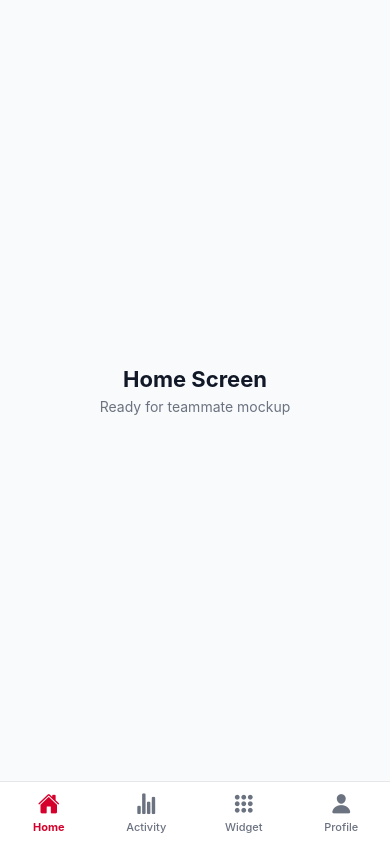
Repository: willisepic21/westpac-hackathon-2026
Screen: /
An editor plug-in stored every save of this project. The screen is shown before and after the next save, followed by the edit.
The app was drawn by React Native's web renderer in a window 390 px wide. The project was rebuilt for these pictures with package versions that can differ from the ones it lists, and the page was loaded fresh each time. Some packages were replaced by stand-ins written for this rebuild. Also part of the build but not shown: screens/WidgetScreen.js, screens/ProfileScreen.js. Imported but missing from the stored project, and not drawn on this page: screens/ActivityScreen.

Above is the screen before, as saved 2026-11-16 13:35:14.

### App.js
import React, { useState } from 'react';
import { SafeAreaView, View, Text, TouchableOpacity, StyleSheet } from 'react-native';
import { Ionicons } from '@expo/vector-icons';

import HomeScreen from './screens/HomeScreen';
import ActivityScreen from './screens/ActivityScreen';
import WidgetScreen from './screens/WidgetScreen';
import ProfileScreen from './screens/ProfileScreen';

export default function App() {
  const [activeTab, setActiveTab] = useState('Home');

  const renderScreen = () => {
    switch (activeTab) {
      case 'Home': return <HomeScreen />;
      case 'Activity': return <ActivityScreen />;
      case 'Widget': return <WidgetScreen />;
      case 'Profile': return <ProfileScreen />;
      default: return <HomeScreen />;
    }
  };

  return (
    <SafeAreaView style={styles.container}>
      <View style={styles.screenContainer}>
        {renderScreen()}
      </View>

      <View style={styles.tabBar}>
        {[
          { name: 'Home', icon: 'home' },
          { name: 'Activity', icon: 'stats-chart' },
          { name: 'Widget', icon: 'apps' },
          { name: 'Profile', icon: 'person' },
        ].map((tab) => (
          <TouchableOpacity key={tab.name} style={styles.tab} onPress={() => setActiveTab(tab.name)}>
            <Ionicons
              name={tab.icon}
              size={22}
              color={activeTab === tab.name ? '#D5002B' : '#6B7280'}
            />
            <Text style={[styles.tabText, activeTab === tab.name && styles.activeTabText]}>
              {tab.name}
            </Text>
          </TouchableOpacity>
        ))}
      </View>
    </SafeAreaView>
  );
}

const styles = StyleSheet.create({
  container: { flex: 1, backgroundColor: '#F9FAFB' },
  screenContainer: { flex: 1 },
  tabBar: {
    flexDirection: 'row',
    backgroundColor: '#FFFFFF',
    borderTopWidth: 1,
    borderTopColor: '#E5E7EB',
    paddingVertical: 10,
  },
  tab: { flex: 1, alignItems: 'center', gap: 4 },
  tabText: { fontSize: 11, color: '#6B7280', fontWeight: '500' },
  activeTabText: { color: '#D5002B', fontWeight: '700' },
});

### screens/HomeScreen.js
import React from 'react';
import { View, Text, StyleSheet } from 'react-native';

export default function HomeScreen() {
  return (
    <View style={styles.container}>
      <Text style={styles.title}>Home Screen</Text>
      <Text style={styles.subtitle}>Ready for teammate mockup</Text>
    </View>
  );
}

const styles = StyleSheet.create({
  container: { flex: 1, justifyContent: 'center', alignItems: 'center', padding: 20 },
  title: { fontSize: 22, fontWeight: '700', color: '#111827' },
  subtitle: { fontSize: 14, color: '#6B7280', marginTop: 6 },
});

Loaded but not shown: index.js (common file)

After the next save:
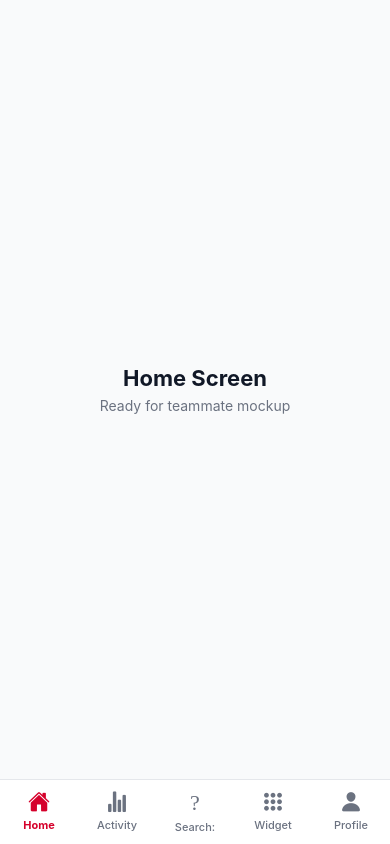
Saved 4 min 24 s later.
--- a/App.js
+++ b/App.js
@@ -30,6 +30,7 @@ export default function App() {
         {[
           { name: 'Home', icon: 'home' },
           { name: 'Activity', icon: 'stats-chart' },
+          {name: 'Search:', icon: 'search-bar'},
           { name: 'Widget', icon: 'apps' },
           { name: 'Profile', icon: 'person' },
         ].map((tab) => (
